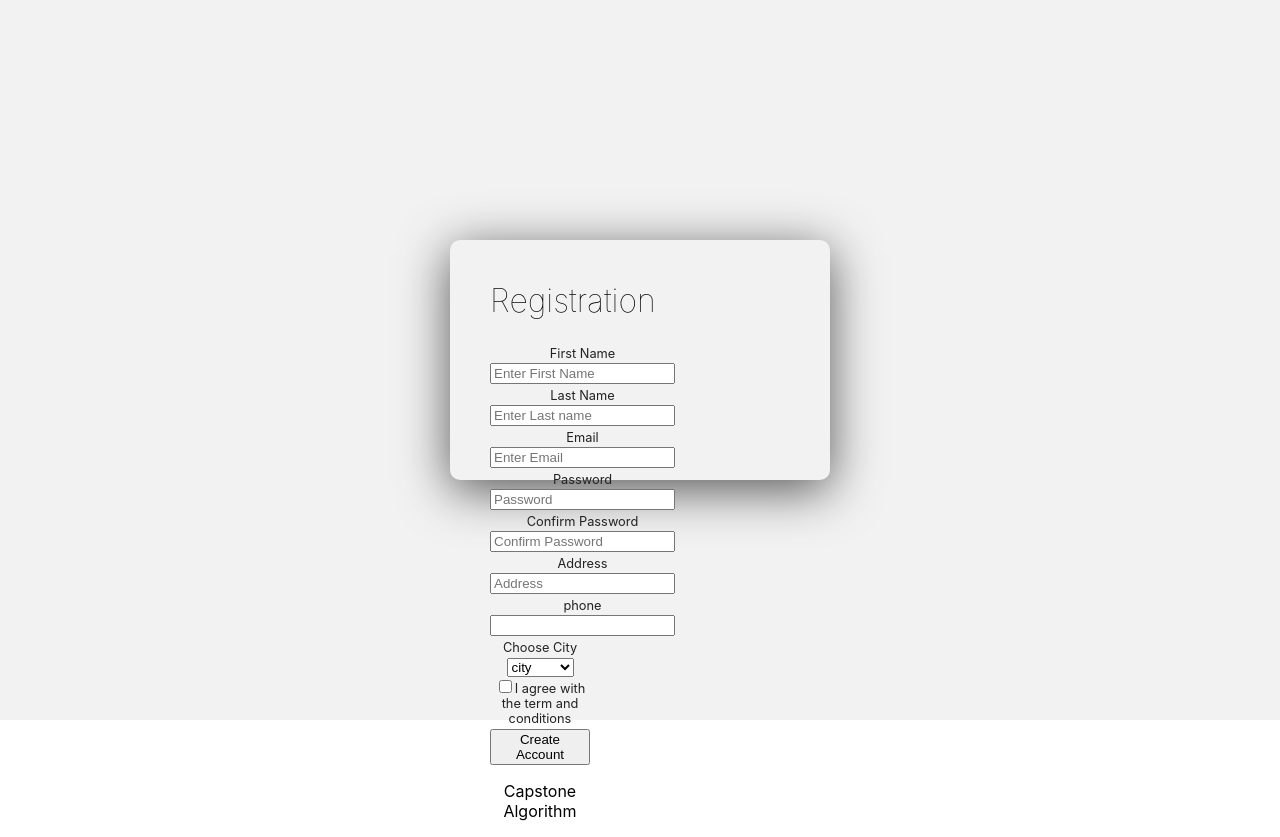
Repository: Fortune-Labs/Event-management-system-CapstoneG3
Page: / (app in frontend/)
The author's editor kept a copy of each file at every save. The page is drawn from the files as they stood at one save, then again after the next save.
The browser window is 1280 px wide. The pictures show the whole page.
The project was rebuilt for these pictures with package versions that can differ from the ones it lists, and the page was loaded fresh each time.

Above is the page before, as saved 2020-09-02 23:33:34.

After the next save:
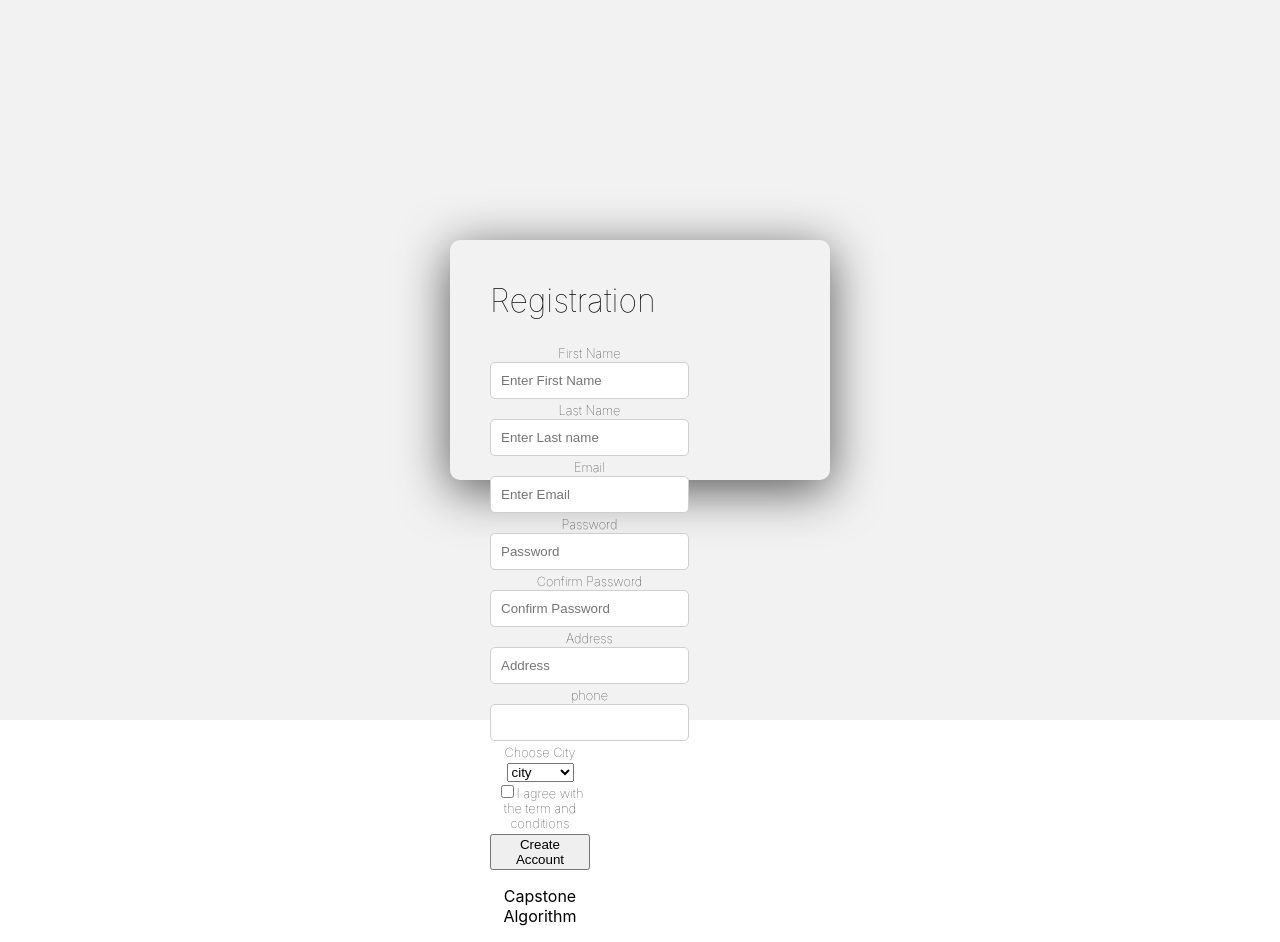
Saved 99 s later.
--- a/frontend/src/components/LoginSignup/style.css
+++ b/frontend/src/components/LoginSignup/style.css
@@ -35,4 +35,12 @@ label {
   font-size: 0.8em;
   margin-bottom: 0.25em;
   color: #222;
+  font-weight: lighter;
 }
+
+input {
+  padding: 10px 10px;
+  border-radius: 5px;
+  outline: none;
+  border: 1px solid #cfcfcf;
+}
